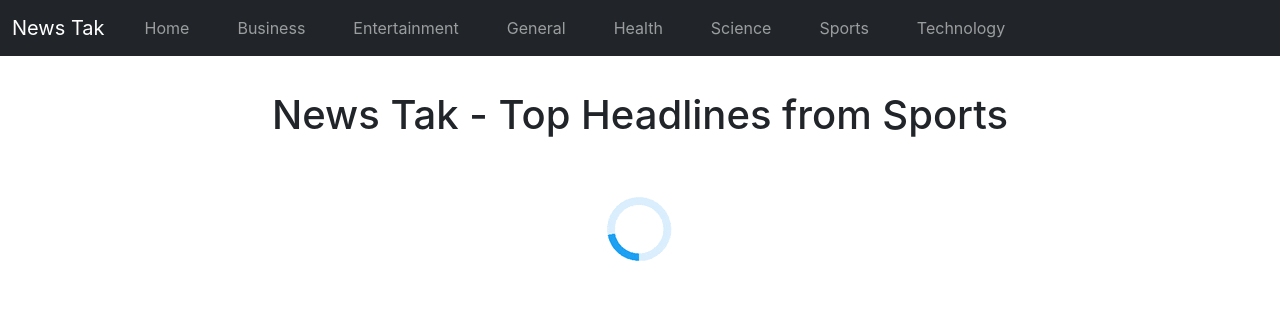
Repository: Rohit-foryou/News-website
Page: /sports
The author's editor kept a copy of each file at every save. The page is drawn from the files as they stood at one save, then again after the next save.
The browser window is 1280 px wide. The pictures show the whole page.
The page's requests for data from a server got no answer. The project was rebuilt for these pictures with package versions that can differ from the ones it lists, and the page was loaded fresh each time. No one was signed in, and anything a server would have sent is missing. Also part of the build but not shown: src/Components/NewsItem.js.

Above is the page before, as saved 2024-01-12 10:41:51.

### public/index.html
<!DOCTYPE html>
<html lang="en">
  <head>
    <meta charset="utf-8" />
    <link rel="icon" href="%PUBLIC_URL%/favicon.ico" />
    <meta name="viewport" content="width=device-width, initial-scale=1" />
    <meta name="theme-color" content="#000000" />
    <meta
      name="description"
      content="News Tak is used to see latest news fast and easy"
    />
    <link rel="apple-touch-icon" href="%PUBLIC_URL%/logo192.png" />
    <!--
      manifest.json provides metadata used when your web app is installed on a
      user's mobile device or desktop. See https://developers.google.com/web/fundamentals/web-app-manifest/
    -->
    <link rel="manifest" href="%PUBLIC_URL%/manifest.json" />
    <!--
      Notice the use of %PUBLIC_URL% in the tags above.
      It will be replaced with the URL of the `public` folder during the build.
      Only files inside the `public` folder can be referenced from the HTML.

      Unlike "/favicon.ico" or "favicon.ico", "%PUBLIC_URL%/favicon.ico" will
      work correctly both with client-side routing and a non-root public URL.
      Learn how to configure a non-root public URL by running `npm run build`.
    -->
    <title>News Tak</title>
    <link href="https://cdn.jsdelivr.net/npm/bootstrap@5.3.2/dist/css/bootstrap.min.css" rel="stylesheet" integrity="sha384-T3c6CoIi6uLrA9TneNEoa7RxnatzjcDSCmG1MXxSR1GAsXEV/Dwwykc2MPK8M2HN" crossorigin="anonymous">
  </head>
  <body>
    <noscript>You need to enable JavaScript to run this app.</noscript>
    <div id="root"></div>
    <!--
      This HTML file is a template.
      If you open it directly in the browser, you will see an empty page.

      You can add webfonts, meta tags, or analytics to this file.
      The build step will place the bundled scripts into the <body> tag.

      To begin the development, run `npm start` or `yarn start`.
      To create a production bundle, use `npm run build` or `yarn build`.
    -->
    <script src="https://cdn.jsdelivr.net/npm/bootstrap@5.3.2/dist/js/bootstrap.bundle.min.js" integrity="sha384-C6RzsynM9kWDrMNeT87bh95OGNyZPhcTNXj1NW7RuBCsyN/o0jlpcV8Qyq46cDfL" crossorigin="anonymous"></script>
  </body>
</html>

### src/App.js
import React, { Component } from 'react';
import NavBar from './Components/NavBar';
import News from './Components/News';
import {
  BrowserRouter,
  Route,
  Routes,
} from "react-router-dom";
import LoadingBar from 'react-top-loading-bar'

export class App extends Component {
  pageSize=9;

  state = {
    progress: 0
  }
  setProgress = (progress)=>{
    this.setState({progress: progress})
  }


  render() {
    return (
      <div>
        <BrowserRouter>
        <LoadingBar
        color='#f11946'
        progress={this.state.progress}
      />
          <NavBar />
          <Routes>
            <Route exact path='/' element={<News setProgress={this.setProgress}  key="general"pageSize={this.pageSize} country='in' category='general' />} />
            <Route exact path='/business' element={<News setProgress={this.setProgress}  key="business"pageSize={this.pageSize} country='in' category='business' />} />
            <Route exact path='/entertainment' element={<News setProgress={this.setProgress}  key="entertainment"pageSize={this.pageSize} country='in' category='entertainment' />} />
            <Route exact path='/general' element={<News setProgress={this.setProgress}  key="general"pageSize={this.pageSize} country='in' category='general' />} />
            <Route exact path='/health' element={<News setProgress={this.setProgress}  key="health"pageSize={this.pageSize} country='in' category='health' />} />
            <Route exact path='/science' element={<News setProgress={this.setProgress}  key="science"pageSize={this.pageSize} country='in' category='science' />} />
            <Route exact path='/sports' element={<News setProgress={this.setProgress}  key="sports"pageSize={this.pageSize} country='in' category='sports' />} />
            <Route exact path='/technology' element={<News setProgress={this.setProgress}  key="technology"pageSize={this.pageSize} country='in' category='technology' />} />
          </Routes>
        </BrowserRouter>
      </div>
    );
  }
}

export default App;

### src/Components/NavBar.js
import React, { Component } from "react";
import {Link} from "react-router-dom";

export default class NavBar extends Component {
  render() {
    return (
      <div>
        <nav className="navbar navbar-expand-lg navbar-dark bg-dark">
          <div className="container-fluid">
            <Link className="navbar-brand" to="/">
              News Tak
            </Link>
            <button
              className="navbar-toggler"
              type="button"
              data-bs-toggle="collapse"
              data-bs-target="#navbarSupportedContent"
              aria-controls="navbarSupportedContent"
              aria-expanded="false"
              aria-label="Toggle navigation"
            >
              <span className="navbar-toggler-icon"></span>
            </button>
            <div
              className="collapse navbar-collapse"
              id="navbarSupportedContent"
            >
              <ul className="navbar-nav me-auto mb-2 mb-lg-0">
                <li className="nav-item mx-3">
                  <Link className="nav-link" aria-current="page" to="/">
                    Home
                  </Link>
                </li>
                <li className="nav-item mx-3">
                  <Link className="nav-link" to="/business">
                    Business
                  </Link>
                </li>
                <li className="nav-item mx-3">
                  <Link className="nav-link" to="/entertainment">
                    Entertainment
                  </Link>
                </li>
                <li className="nav-item mx-3">
                  <Link className="nav-link" to="/general">
                    General
                  </Link>
                </li>
                <li className="nav-item mx-3">
                  <Link className="nav-link" to="/health">
                    Health
                  </Link>
                </li>
                <li className="nav-item mx-3">
                  <Link className="nav-link" to="/science">
                    Science
                  </Link>
                </li>
                <li className="nav-item mx-3">
                  <Link className="nav-link" to="/sports">
                    Sports
                  </Link>
                </li>
                <li className="nav-item mx-3">
                  <Link className="nav-link" to="/technology">
                    Technology
                  </Link>
                </li>
              </ul>
            </div>
          </div>
        </nav>
      </div>
    );
  }
}

### src/Components/News.js
import React, { Component } from "react";
import NewsItem from "./NewsItem";
import Spinner from "./Spinner";
import PropTypes from 'prop-types'
import InfiniteScroll from "react-infinite-scroll-component";


export class News extends Component {

  static defaultProps = {
    country: 'in',
    pageSize: 8,
    category: 'general',
    totalResults: 0,
  }

  static propTypes = {
    country: PropTypes.string,
    pageSize: PropTypes.number,
    category: PropTypes.string,
  }

  capitalizeFirstLetter = (string) => {
    return string.charAt(0).toUpperCase() + string.slice(1);
  }

  constructor(props) {
    super(props);
    // console.log("hello i am constructor");
    this.state = {
      articles: [],
      loading: false,
      page: 1,
    };
    document.title = `${this.capitalizeFirstLetter(this.props.category)} - News Tak`;
  }



  async componentDidMount() {
    this.update();
  }

  handleNextClick = async () => {
    this.setState({ page: this.state.page + 1 });
    this.update();

  };


  handlePrevClick = async () => {
    this.setState({ page: this.state.page - 1 });
    this.update();
  };

  async update() {
    this.props.setProgress(0);
    const url = `https://newsapi.org/v2/top-headlines?country=${this.props.country}&category=${this.props.category}&apiKey=fa3dbec13bb44cd2a222250b4aea8871&page=${this.state.page + 1}&pageSize=${this.props.pageSize}`;

    this.setState({loading: true});
    let data = await fetch(url);
    let parsedData = await data.json();

    this.setState({
      totalResults: parsedData.articles,
      articles: parsedData.articles,
      loading: false,
    });
    this.props.setProgress(100);

};

  fetchMoreData = async () => {
    this.setState({ page: this.state.page + 1 })
    const url = `https://newsapi.org/v2/top-headlines?country=${this.props.country}&category=${this.props.category}&apiKey=fa3dbec13bb44cd2a222250b4aea8871&page=${this.state.page}&pageSize=${this.props.pageSize}`;

    this.setState({ loading: true });
    let data = await fetch(url);
    let parsedData = await data.json();

    this.setState({
      totalResults: parsedData.totalResults,
      articles: this.state.articles.concat(parsedData.articles),
      loading: false,
    });
  };


  render() {
    return (
      <>
        <h1 className="text-center" style={{ margin: '35px 0px' }}>News Tak - Top Headlines from {this.capitalizeFirstLetter(this.props.category)}</h1>
        {/* {this.state.loading && <Spinner/>} */}

        <InfiniteScroll
          dataLength={this.state.articles.length}
          next={this.fetchMoreData}
          hasMore={this.state.articles.length !== this.state.totalResults}
          loader={<Spinner />}>


          <div className="container">
            <div className="row">
              {this.state.articles.map((element) => {
                return (
                  <div className="col-md-4" key={element.url}>
                    <NewsItem
                      title={element.title ? element.title.slice(0, 100) : ""}
                      description={
                        element.description ? element.description : ""
                      }
                      imgUrl={element.urlToImage}
                      newsUrl={element.url}
                      author={element.author}
                      date={element.publishedAt}
                      source={element.source.name}
                    />
                  </div>
                );
              })}
            </div>
          </div>
        </InfiniteScroll>

      </>
    );
  }
}

export default News;

### src/Components/Spinner.js
import React from 'react';
import loading from './loading.gif';
import giphy from './giphy.gif'

const Spinner = () => {
  return (
    <div className='text-center my-3'>
      <img src={giphy} alt="loading"  />
    </div>
  );
}

export default Spinner;

Loaded but not shown: src/index.js (common file); src/index.css (common file); src/reportWebVitals.js (common file)

After the next save:
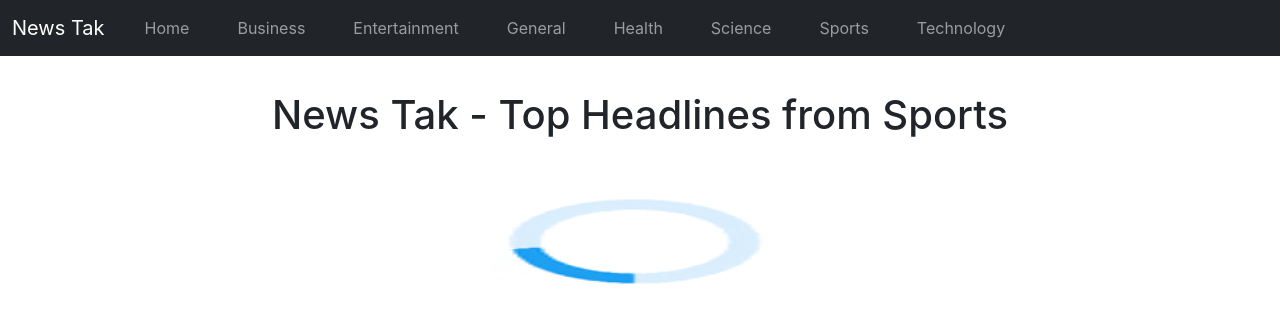
Saved 23 s later.
--- a/src/Components/Spinner.js
+++ b/src/Components/Spinner.js
@@ -5,7 +5,7 @@ import giphy from './giphy.gif'
 const Spinner = () => {
   return (
     <div className='text-center my-3'>
-      <img src={giphy} alt="loading"  />
+      <img src={giphy} alt="loading" style={{ width: '300px', height: '100px' }} />
     </div>
   );
 }
